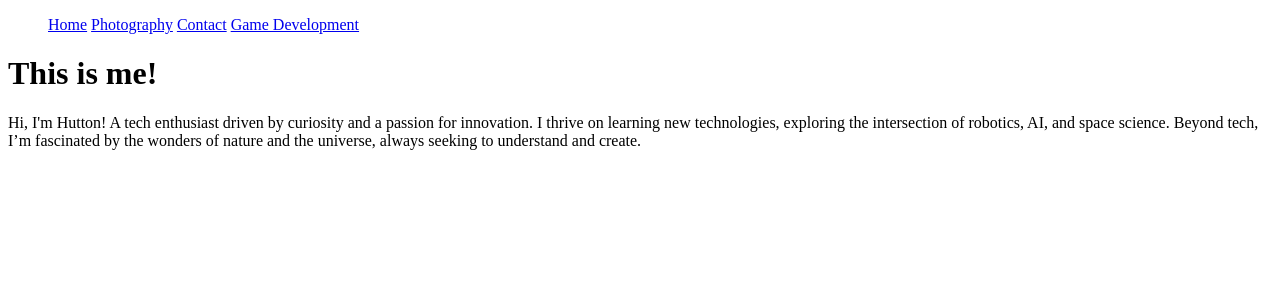
Repository: Argivist/ArgPortfolio
Page: index.html
An editor plug-in stored every save of this project. The page is shown before and after the next save, followed by the edit.
The browser window is 1280 px wide. The pictures show the whole page.

Above is the page before, as saved 2025-03-28 14:48:31.

### index.html
<!DOCTYPE html>
<html lang="en">

<head>
    <meta charset="UTF-8">
    <meta name="viewport" content="width=device-width, initial-scale=1.0">
    <link rel="stylesheet" href="css/styles.css">
    <link rel="stylesheet" href="css/nav.css">

    <title>Hutton Amison-Addy</title>
</head>

<body>
    <nav>
        <ul>
            <li class="nav-content"><a href="index.html">Home</a></li>
            <li class="nav-content"><a href="https://www.instagram.com/theworldinoneseye/">Photography</a></li>

            <li class="dropdown nav-content">
                <a href="contact.html">Contact</a>
                <ul class="dropdown-content">
                    <li><a href="https://www.linkedin.com/in/hutton-amison-addy-7b1b3b1b1/">LinkedIn</a></li>
                    <li><a href="https://www.github.com/Argivist">GitHub</a></li>
                    <li><a href="mailto:hutton.amison@ashesi.edu.gh">hutton.amison@ashesi.edu.gh</a></li>
                    <li><a href="mailto:huttonaaddy.public@gmail.com">huttonaaddy.public@gmail.com</a></li>
                </ul>
            </li>

            <li class="dropdown nav-content">
                <a href="#">Game Development</a>
                <ul class="dropdown-content">
                    <li><a href="game/index.html">Game Development Projects</a></li>
                    <li><a href="blender/index.html">Blender</a></li>
                </ul>
            </li>
        </ul>
    </nav>

    <div>
        <h1>This is me!</h1>
        <p class="desc">
            Hi, I'm Hutton! A tech enthusiast driven by curiosity and a passion for innovation. I thrive on learning new technologies, exploring the intersection of robotics, AI, and space science. Beyond tech, I’m fascinated by the wonders of nature and the universe, always seeking to understand and create.
        </p>
    </div>

</body>

</html>

### css/nav.css
/* .dropdown{
    position: relative;
    display: inline-block;
} */
/* .dropdown:hover .dropdown-content{
    display: block;
}
 */

.nav-content{
    position: relative;
    display: inline-block;
}
.dropdown:hover .dropdown-content{
    display: block;
}
.dropdown-content{
    display: none;
    position: absolute;
    background-color: #f9f9f9;
    min-width: 160px;
    box-shadow: 0px 8px 16px 0px rgba(0,0,0,0.2);
    z-index: 1;
}

Loaded but not shown: css/styles.css (no stored copy; drawn as an empty file)

After the next save:
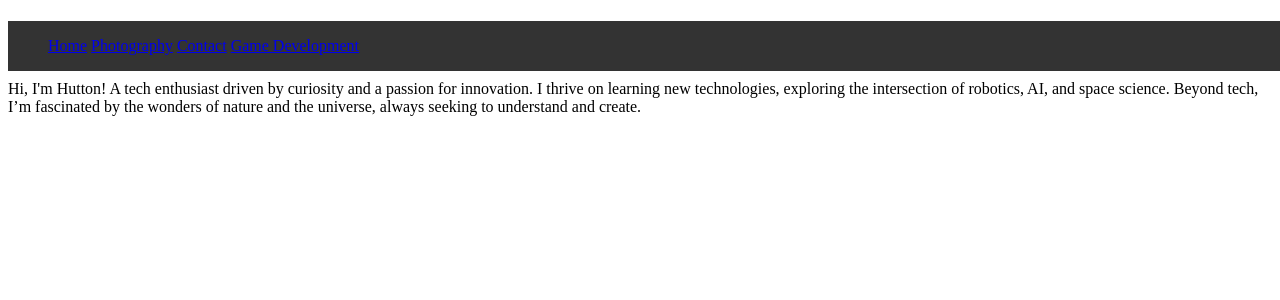
Saved 51 s later.
--- a/css/nav.css
+++ b/css/nav.css
@@ -1,12 +1,4 @@
-/* .dropdown{
-    position: relative;
-    display: inline-block;
-} */
-/* .dropdown:hover .dropdown-content{
-    display: block;
-}
- */
-
+/* NAV Content and Dropdown */
 .nav-content{
     position: relative;
     display: inline-block;
@@ -22,3 +14,12 @@
     box-shadow: 0px 8px 16px 0px rgba(0,0,0,0.2);
     z-index: 1;
 }
+
+/* Nav Stlisation */
+nav{
+    background-color: #333;
+    overflow: hidden;
+    position: fixed;
+    width: 100%;
+    z-index: 100;
+}
